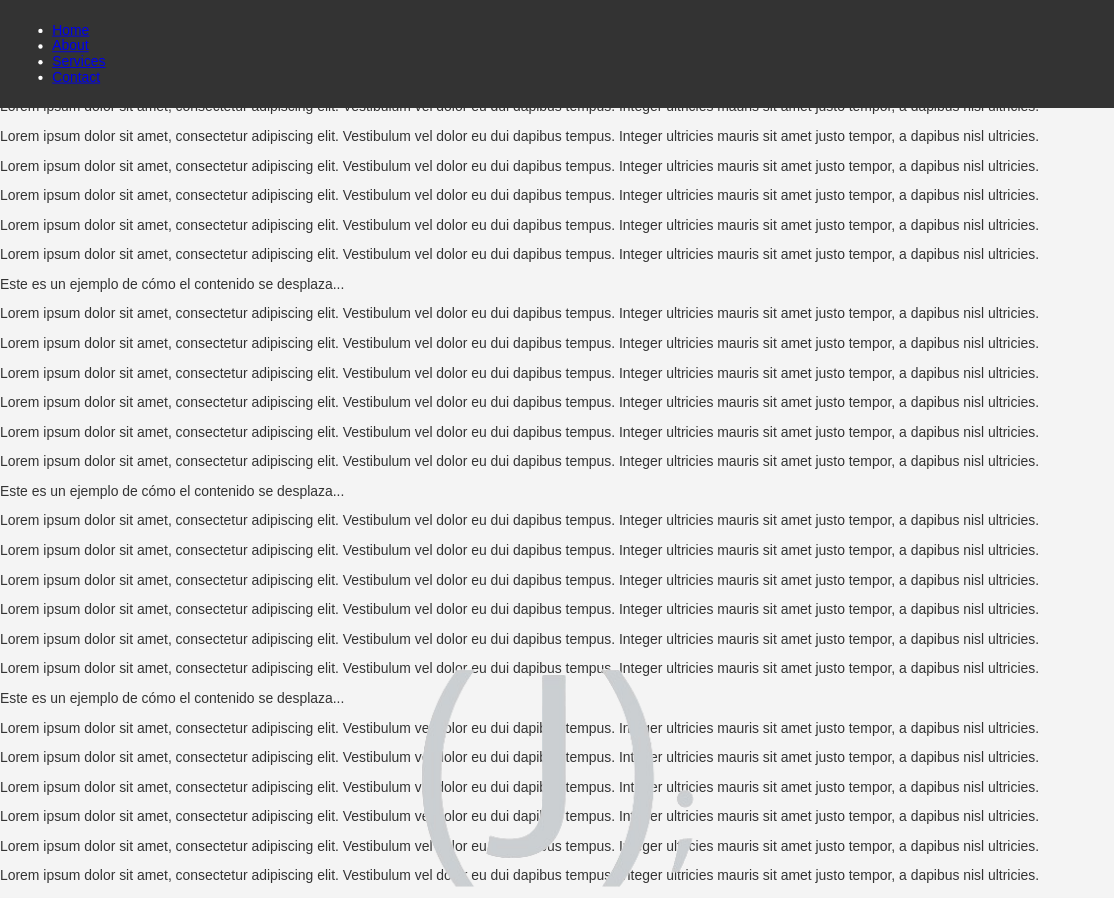
Repository: JoyMoGas/HelujaArc
Page: http://localhost/
These files come from the project's save history. The page is drawn as it stood at one moment and after the next save; the edit follows.
The browser window is 1280 px wide. The pictures show the whole page, at 87% of full size.
The page is served by the project's application, run on Flask 3 (run.py).

Above is the page before, as saved 2024-08-11 15:19:08.

### templates/index.html
{% extends "base.html" %}

{% block content %}
<div id="body-logo">
    <img src="{{ url_for('static', filename='logo.png') }}" alt="Logo" id="logo">
</div>

<div class="content">
    <h1>Bienvenido a Mi Aplicación</h1>
    <p>Este es un ejemplo de cómo el contenido se desplaza...</p>
    <p>Lorem ipsum dolor sit amet, consectetur adipiscing elit. Vestibulum vel dolor eu dui dapibus tempus. Integer ultricies mauris sit amet justo tempor, a dapibus nisl ultricies.</p>
    <p>Lorem ipsum dolor sit amet, consectetur adipiscing elit. Vestibulum vel dolor eu dui dapibus tempus. Integer ultricies mauris sit amet justo tempor, a dapibus nisl ultricies.</p>
    <p>Lorem ipsum dolor sit amet, consectetur adipiscing elit. Vestibulum vel dolor eu dui dapibus tempus. Integer ultricies mauris sit amet justo tempor, a dapibus nisl ultricies.</p>
    <p>Lorem ipsum dolor sit amet, consectetur adipiscing elit. Vestibulum vel dolor eu dui dapibus tempus. Integer ultricies mauris sit amet justo tempor, a dapibus nisl ultricies.</p>
    <p>Lorem ipsum dolor sit amet, consectetur adipiscing elit. Vestibulum vel dolor eu dui dapibus tempus. Integer ultricies mauris sit amet justo tempor, a dapibus nisl ultricies.</p>
    <p>Lorem ipsum dolor sit amet, consectetur adipiscing elit. Vestibulum vel dolor eu dui dapibus tempus. Integer ultricies mauris sit amet justo tempor, a dapibus nisl ultricies.</p>
    <p>Este es un ejemplo de cómo el contenido se desplaza...</p>
    <p>Lorem ipsum dolor sit amet, consectetur adipiscing elit. Vestibulum vel dolor eu dui dapibus tempus. Integer ultricies mauris sit amet justo tempor, a dapibus nisl ultricies.</p>
    <p>Lorem ipsum dolor sit amet, consectetur adipiscing elit. Vestibulum vel dolor eu dui dapibus tempus. Integer ultricies mauris sit amet justo tempor, a dapibus nisl ultricies.</p>
    <p>Lorem ipsum dolor sit amet, consectetur adipiscing elit. Vestibulum vel dolor eu dui dapibus tempus. Integer ultricies mauris sit amet justo tempor, a dapibus nisl ultricies.</p>
    <p>Lorem ipsum dolor sit amet, consectetur adipiscing elit. Vestibulum vel dolor eu dui dapibus tempus. Integer ultricies mauris sit amet justo tempor, a dapibus nisl ultricies.</p>
    <p>Lorem ipsum dolor sit amet, consectetur adipiscing elit. Vestibulum vel dolor eu dui dapibus tempus. Integer ultricies mauris sit amet justo tempor, a dapibus nisl ultricies.</p>
    <p>Lorem ipsum dolor sit amet, consectetur adipiscing elit. Vestibulum vel dolor eu dui dapibus tempus. Integer ultricies mauris sit amet justo tempor, a dapibus nisl ultricies.</p>

    <p>Este es un ejemplo de cómo el contenido se desplaza...</p>
    <p>Lorem ipsum dolor sit amet, consectetur adipiscing elit. Vestibulum vel dolor eu dui dapibus tempus. Integer ultricies mauris sit amet justo tempor, a dapibus nisl ultricies.</p>
    <p>Lorem ipsum dolor sit amet, consectetur adipiscing elit. Vestibulum vel dolor eu dui dapibus tempus. Integer ultricies mauris sit amet justo tempor, a dapibus nisl ultricies.</p>
    <p>Lorem ipsum dolor sit amet, consectetur adipiscing elit. Vestibulum vel dolor eu dui dapibus tempus. Integer ultricies mauris sit amet justo tempor, a dapibus nisl ultricies.</p>
    <p>Lorem ipsum dolor sit amet, consectetur adipiscing elit. Vestibulum vel dolor eu dui dapibus tempus. Integer ultricies mauris sit amet justo tempor, a dapibus nisl ultricies.</p>
    <p>Lorem ipsum dolor sit amet, consectetur adipiscing elit. Vestibulum vel dolor eu dui dapibus tempus. Integer ultricies mauris sit amet justo tempor, a dapibus nisl ultricies.</p>
    <p>Lorem ipsum dolor sit amet, consectetur adipiscing elit. Vestibulum vel dolor eu dui dapibus tempus. Integer ultricies mauris sit amet justo tempor, a dapibus nisl ultricies.</p>

    <p>Este es un ejemplo de cómo el contenido se desplaza...</p>
    <p>Lorem ipsum dolor sit amet, consectetur adipiscing elit. Vestibulum vel dolor eu dui dapibus tempus. Integer ultricies mauris sit amet justo tempor, a dapibus nisl ultricies.</p>
    <p>Lorem ipsum dolor sit amet, consectetur adipiscing elit. Vestibulum vel dolor eu dui dapibus tempus. Integer ultricies mauris sit amet justo tempor, a dapibus nisl ultricies.</p>
    <p>Lorem ipsum dolor sit amet, consectetur adipiscing elit. Vestibulum vel dolor eu dui dapibus tempus. Integer ultricies mauris sit amet justo tempor, a dapibus nisl ultricies.</p>
    <p>Lorem ipsum dolor sit amet, consectetur adipiscing elit. Vestibulum vel dolor eu dui dapibus tempus. Integer ultricies mauris sit amet justo tempor, a dapibus nisl ultricies.</p>
    <p>Lorem ipsum dolor sit amet, consectetur adipiscing elit. Vestibulum vel dolor eu dui dapibus tempus. Integer ultricies mauris sit amet justo tempor, a dapibus nisl ultricies.</p>
    <p>Lorem ipsum dolor sit amet, consectetur adipiscing elit. Vestibulum vel dolor eu dui dapibus tempus. Integer ultricies mauris sit amet justo tempor, a dapibus nisl ultricies.</p>


</div>
{% endblock %}

### templates/base.html
<!DOCTYPE html>
<html lang="en">
<head>
    <meta charset="UTF-8">
    <meta name="viewport" content="width=device-width, initial-scale=1.0">
    <title>Mi Aplicación</title>
    <!-- Incluir hoja de estilo -->
    <link rel="stylesheet" href="{{ url_for('static', filename='style.css') }}">
</head>
<body>
    <nav class="navbar">
        <div class="navbar-logo" id="navbar-logo" style="display: none;">
            <img src="{{ url_for('static', filename='logo.png') }}" alt="Logo">
        </div>
        <ul class="navbar-links">
            <li><a href="#">Home</a></li>
            <li><a href="#">About</a></li>
            <li><a href="#">Services</a></li>
            <li><a href="#">Contact</a></li>
        </ul>
    </nav>
    <div class="content">
        {% block content %}
        {% endblock %}
    </div>
    <script src="{{ url_for('static', filename='scripts.js') }}"></script>
</body>
</html>

### static/style.css
/* Estilo para el cuerpo de la página */
body {
    margin: 0;
    font-family: Arial, sans-serif;
    background-color: #f4f4f4; /* Color de fondo del body */
    color: #333; /* Color del texto del body */
    position: relative; /* Necesario para la posición del logotipo */
}

/* Estilo para la navbar */
.navbar {
    position: fixed;
    top: 0;
    width: 100%;
    background-color: #333; /* Color de fondo de la navbar */
    color: white;
    display: flex;
    align-items: center;
    justify-content: space-between;
    padding: 10px 20px;
    z-index: 1000; /* Asegura que la navbar esté por encima de otros contenidos */
}

/* Logo en la navbar */
.navbar-logo {
    position: fixed;
    top: 10px;
    left: 20px; /* Ajusta según la ubicación deseada en la navbar */
    width: 60px; /* Tamaño del logotipo en la navbar */
    height: auto;
    transition: transform 0.5s ease, width 0.5s ease, height 0.5s ease;
    display: none; /* Inicialmente oculto */
}

/* Define la animación de deslizamiento */
@keyframes slideToNavbar {
    0% {
        transform: translateY(0) translateX(0) scale(1);
    }
    100% {
        transform: translateY(-100vh) translateX(-calc(50vw - 20px)) scale(0.5);
    }
}

/* Estilos iniciales del logotipo en el body */
#body-logo {
    position: absolute;
    top: 50%;
    left: 50%;
    transform: translate(-50%, -50%);
    transition: transform 0.5s ease, width 0.5s ease, height 0.5s ease;
}

/* Aplica los estilos cuando el usuario hace scroll */
.scrolled #body-logo {
    display: none; /* Oculta el logotipo en el body */
}

.scrolled .navbar-logo {
    display: block; /* Muestra el logotipo en la navbar */
    animation: slideToNavbar 1s forwards; /* Aplica la animación */
}

### static/scripts.js
"use strict";
document.addEventListener('DOMContentLoaded', () => {
    window.scrollTo(0, 0);
    const logo = document.getElementById('logo');
    const handleScroll = () => {
        if (window.scrollY > 50) {
            logo.style.position = 'fixed';
            logo.style.top = '0px';
            logo.style.left = '120px';
            logo.style.height = '100px';
            logo.style.transform = 'translateX(0) scale(0.6)';
        }
        else {
            logo.style.position = 'absolute';
            logo.style.top = '250px';
            logo.style.left = '50%';
            logo.style.transform = 'translateX(-50%) scale(1)';
            logo.style.height = '250px';
        }
    };
    window.addEventListener('scroll', handleScroll);
    // Inicializa el estado del logotipo
    handleScroll();
});
window.addEventListener('scroll', () => {
    const navbar = document.querySelector('.navbar');
    if (window.scrollY > 50) {
        navbar.classList.add('scrolled');
    }
    else {
        navbar.classList.remove('scrolled');
    }
});
window.addEventListener('beforeunload', () => {
    window.scrollTo(0, 0);
});

Loaded but not shown: run.py (common file)

After the next save:
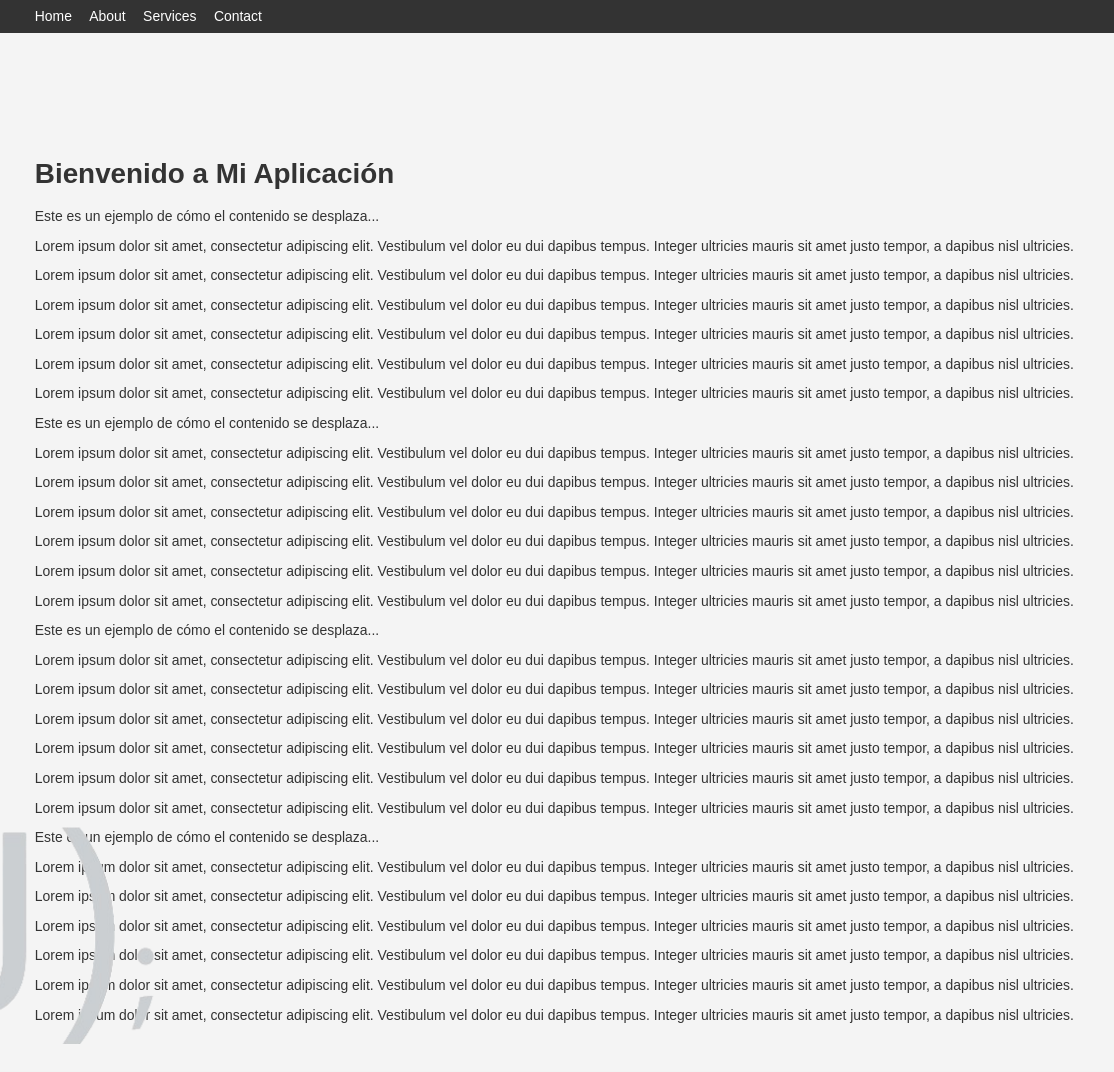
Saved 10 s later.
--- a/static/style.css
+++ b/static/style.css
@@ -4,7 +4,6 @@
     font-family: Arial, sans-serif;
     background-color: #f4f4f4; /* Color de fondo del body */
     color: #333; /* Color del texto del body */
-    position: relative; /* Necesario para la posición del logotipo */
 }
 
 /* Estilo para la navbar */
@@ -22,41 +21,64 @@
 }
 
 /* Logo en la navbar */
+.navbar-logo img {
+    height: 40px; /* Ajusta el tamaño del logotipo en la navbar */
+}
+
+/* Enlaces en la navbar */
+.navbar-links {
+    list-style: none;
+    margin: 0;
+    padding: 0;
+    display: flex;
+}
+
+.navbar-links li {
+    margin-left: 20px;
+}
+
+.navbar-links a {
+    color: white;
+    text-decoration: none;
+    font-size: 16px;
+    transition: color 0.3s ease;
+}
+
+.navbar-links a:hover {
+    color: #ddd; /* Color del enlace al pasar el cursor */
+}
+
+/* Contenido de la página */
+.content {
+    padding: 20px;
+    margin-top: 60px; /* Ajusta el margen superior para que el contenido no quede oculto debajo de la navbar */
+}
+
+/* Estilos iniciales del logotipo en el body */
+#body-logo {
+    position: absolute;
+    bottom: 20px; /* Ajusta según la ubicación inicial */
+    left: 20px; /* Ajusta según la ubicación inicial */
+    transition: transform 0.5s ease, width 0.5s ease, height 0.5s ease;
+}
+
+/* Logotipo en la navbar */
 .navbar-logo {
     position: fixed;
     top: 10px;
-    left: 20px; /* Ajusta según la ubicación deseada en la navbar */
-    width: 60px; /* Tamaño del logotipo en la navbar */
+    right: 20px;
+    width: 100px; /* Tamaño del logotipo en la navbar */
     height: auto;
-    transition: transform 0.5s ease, width 0.5s ease, height 0.5s ease;
+    transform: scale(0.5);
     display: none; /* Inicialmente oculto */
 }
 
 /* Define la animación de deslizamiento */
 @keyframes slideToNavbar {
     0% {
-        transform: translateY(0) translateX(0) scale(1);
+        transform: translateY(0) scale(1);
     }
     100% {
-        transform: translateY(-100vh) translateX(-calc(50vw - 20px)) scale(0.5);
+        transform: translateY(calc(-100vh + 50px)) scale(0.5);
     }
 }
-
-/* Estilos iniciales del logotipo en el body */
-#body-logo {
-    position: absolute;
-    top: 50%;
-    left: 50%;
-    transform: translate(-50%, -50%);
-    transition: transform 0.5s ease, width 0.5s ease, height 0.5s ease;
-}
-
-/* Aplica los estilos cuando el usuario hace scroll */
-.scrolled #body-logo {
-    display: none; /* Oculta el logotipo en el body */
-}
-
-.scrolled .navbar-logo {
-    display: block; /* Muestra el logotipo en la navbar */
-    animation: slideToNavbar 1s forwards; /* Aplica la animación */
-}
